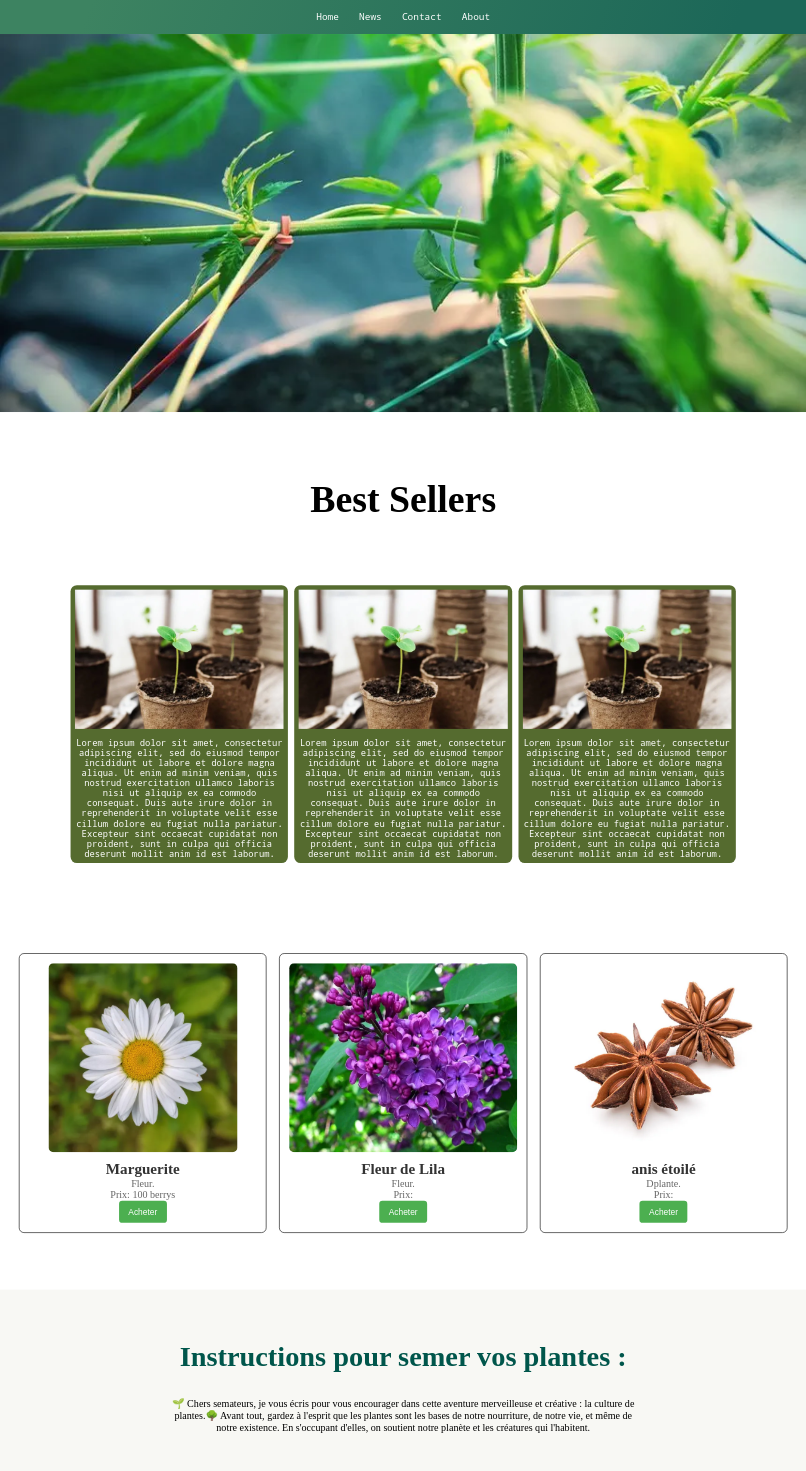
Repository: Flexo874/ISITECH-HTML-CSS
Page: index.html
The author's editor kept a copy of each file at every save. The page is drawn from the files as they stood at one save, then again after the next save.
The browser window is 1280 px wide. The pictures show the whole page, at 63% of full size.

Above is the page before, as saved 2024-01-03 09:58:20.

### index.html
<!DOCTYPE html>
<html>
<head>
    <title>Plantes & Co</title>
     <link rel="stylesheet" type="text/css" href="./style.css">
     <link rel="stylesheet" type="text/css" href="./instructions.css">

</head>
<body>
    <ul>
        <li><a href="#home">Home</a></li>
        <li><a href="#news">News</a></li>
        <li><a href="#contact">Contact</a></li>
        <li><a href="#about">About</a></li>
    </ul>


    <div class="plant-img">
        <img src="images/Step-8-If-You-Want-You-Can-Train-Your-Cannabis-Plants-To-Increase-Yield.webp">
    </div>

    <h1 > Best Sellers</h1>



    <div class="container">

            <div class="item">
                <a>
                <img src="images/semis-prêt-à-être-planté-dans-le-jardin.webp" alt="Logo">
                <p>Lorem ipsum dolor sit amet, consectetur adipiscing elit, sed do eiusmod tempor incididunt ut labore et dolore magna aliqua. Ut enim ad minim veniam, quis nostrud exercitation ullamco laboris nisi ut aliquip ex ea commodo consequat. Duis aute irure dolor in reprehenderit in voluptate velit esse cillum dolore eu fugiat nulla pariatur. Excepteur sint occaecat cupidatat non proident, sunt in culpa qui officia deserunt mollit anim id est laborum.</p>
                </a>
            </div>
            <div class="item">
                <a>
                <img src="images/semis-prêt-à-être-planté-dans-le-jardin.webp" alt="Logo">
                <p>Lorem ipsum dolor sit amet, consectetur adipiscing elit, sed do eiusmod tempor incididunt ut labore et dolore magna aliqua. Ut enim ad minim veniam, quis nostrud exercitation ullamco laboris nisi ut aliquip ex ea commodo consequat. Duis aute irure dolor in reprehenderit in voluptate velit esse cillum dolore eu fugiat nulla pariatur. Excepteur sint occaecat cupidatat non proident, sunt in culpa qui officia deserunt mollit anim id est laborum.</p>
                </a>
            </div>
            <div class="item">
                <a>
                <img src="images/semis-prêt-à-être-planté-dans-le-jardin.webp" alt="Logo">
                <p>Lorem ipsum dolor sit amet, consectetur adipiscing elit, sed do eiusmod tempor incididunt ut labore et dolore magna aliqua. Ut enim ad minim veniam, quis nostrud exercitation ullamco laboris nisi ut aliquip ex ea commodo consequat. Duis aute irure dolor in reprehenderit in voluptate velit esse cillum dolore eu fugiat nulla pariatur. Excepteur sint occaecat cupidatat non proident, sunt in culpa qui officia deserunt mollit anim id est laborum.</p>
                </a>
            </div>
    </div>

    <section class="produits">
        <!-- Produit 1 -->
        <div class="produit">
            <img src="images/Leucanthemum_vulgare.webp" alt="Produit 1">
            <h3>Marguerite</h3>
            <p>Fleur.</p>
            <p>Prix: 100 berrys</p>
            <button>Acheter</button>
        </div>
        <div class="produit">
            <img src="images/1676375528_249_Belle-signification-et-symbolisme-de-la-couleur-de-la-fleur.webp" alt="Produit 1">
            <h3>Fleur de Lila</h3>
            <p>Fleur.</p>
            <p>Prix: </p>
            <button>Acheter</button>
        </div>
        <div class="produit">
            <img src="images/anis-étoilé-spice-de-fruits-et-de-graines-isolé-sur-fond-blanc.webp" alt="Produit 1">
            <h3>anis étoilé</h3>
            <p>Dplante.</p>
            <p>Prix: </p>
            <button>Acheter</button>
        </div>

    </section>


    <section class="instructions">
        <div class="titre">
            <h2>Instructions pour semer vos plantes :</h2>
        </div>
        <div class="description">
            <p>🌱 Chers semateurs, je vous écris pour vous encourager dans cette aventure
                 merveilleuse et créative : la culture de plantes.🌳 Avant tout, gardez à l'esprit que les plantes sont les bases de notre nourriture, de notre vie, et même de notre existence. En s'occupant d'elles, on soutient notre planète et les créatures qui l'habitent.</p>
          </div>
        <div class="categories">

        </div>

    </section>





</body>
</html>

### style.css
* {
  margin: 0;
  padding: 0;
}
ul {
  list-style-type: none;
  margin: 0;
  padding: 0;
  overflow: hidden;
  background-image: linear-gradient(
    109.6deg,
    rgba(61, 131, 97, 1) 11.2%,
    rgba(28, 103, 88, 1) 91.1%
  );
  display: flex;
  list-style: none;
  box-sizing: border-box;
  justify-content: center;
}

li {
  position: relative;
}

li a {
  display: block;
  color: white;
  text-align: center;
  padding: 18px 16px;
  text-decoration: none;
  font-size: 15px;
  transition: 0.4s ease-in-out;
  position: center;
  font-family: "Noto Mono", monospace;
}

li a:hover {
  background-color: #111;
  border-radius: 5px;
}

.plant-img img {
  width: 100%;
  height: 600px;
  object-fit: cover;
  overflow: hidden;
}

h1 {
  padding: 40px;
  padding-bottom: 0;
  margin-bottom: 0;
  margin-top: 60px;
  text-align: center;
  font-weight: bold;
  font-size: 60px;
}

.container {
  display: flex;
  grid-template-columns: repeat(3, 1fr);
  grid-auto-rows: minmax(300px, auto);
  gap: 10px;
  padding: 10px;
  margin-top: 0;
  margin: 8%;
  padding-top: 0;
}

.item {
  align-items: center;
  justify-content: center;
  border-radius: 10px;
  display: flex;
  justify-content: center;
  align-items: center;
  background-color: #556b2f;
}

.item a {
  margin: 7px;
}

.item a:hover {
  color: white;
}

.item img {
  max-width: 100%;
  height: auto;
}

.item p {
  margin-top: 10px;
  text-align: center;
  color: white;
  font-family: "Noto Mono", monospace;
  font-size: 14px;
}

.produits {
  display: flex;
  flex-wrap: wrap;
  justify-content: space-around;
  padding: 20px;
}

.produit {
  background-color: #fff;
  border: 1px solid #ddd;
  border-radius: 8px;
  border-color: #111;
  margin: 10px;
  padding: 15px;
  text-align: center;
  transition: transform 0.3s ease-in-out;
  width: calc(33.33% - 20px);
  box-sizing: border-box;


}

.produit:hover {
  transform: scale(1.05);
}

.produit img {
  max-width: 100%;
  height: 300px;
  border-radius: 8px;
}

.produit h3 {
  margin-top: 10px;
  font-size: 1.5em;
  color: #333;
}

.produit p {
  color: #666;
}

.produit button {
  background-color: #4caf50;
  color: #fff;
  padding: 10px 15px;
  border: none;
  border-radius: 5px;
  cursor: pointer;
}

.produit button:hover {
  background-color: #45a049;
}

### instructions.css
.instructions{
    padding: 20px ;
    margin-top: 60px;
    background-color:#F8F8F4;
}
 .titre {
  margin-top: 60px;
  text-align: center;
  font-weight: bold;
  color:#00564B;
  font-size: 30px;
  width: 100%;
}

.description{
    display: flex;
    margin: 40px;
    text-align: center;
    margin-left: 20%;
    margin-right: 20%;
}

After the next save:
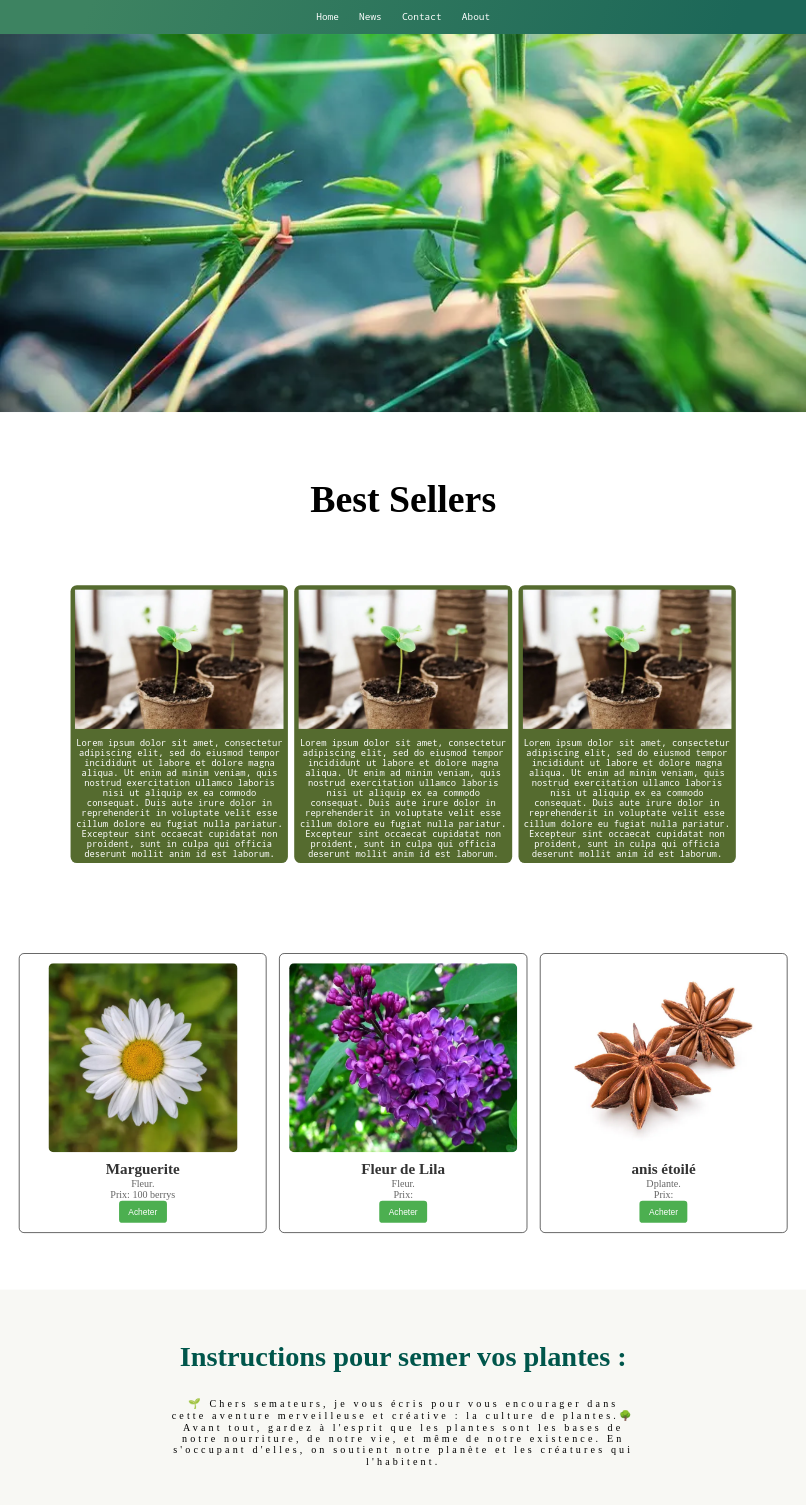
Saved 48 s later.
--- a/instructions.css
+++ b/instructions.css
@@ -19,3 +19,7 @@
     margin-left: 20%;
     margin-right: 20%;
 }
+
+.description p{
+    letter-spacing: 5px;
+}
